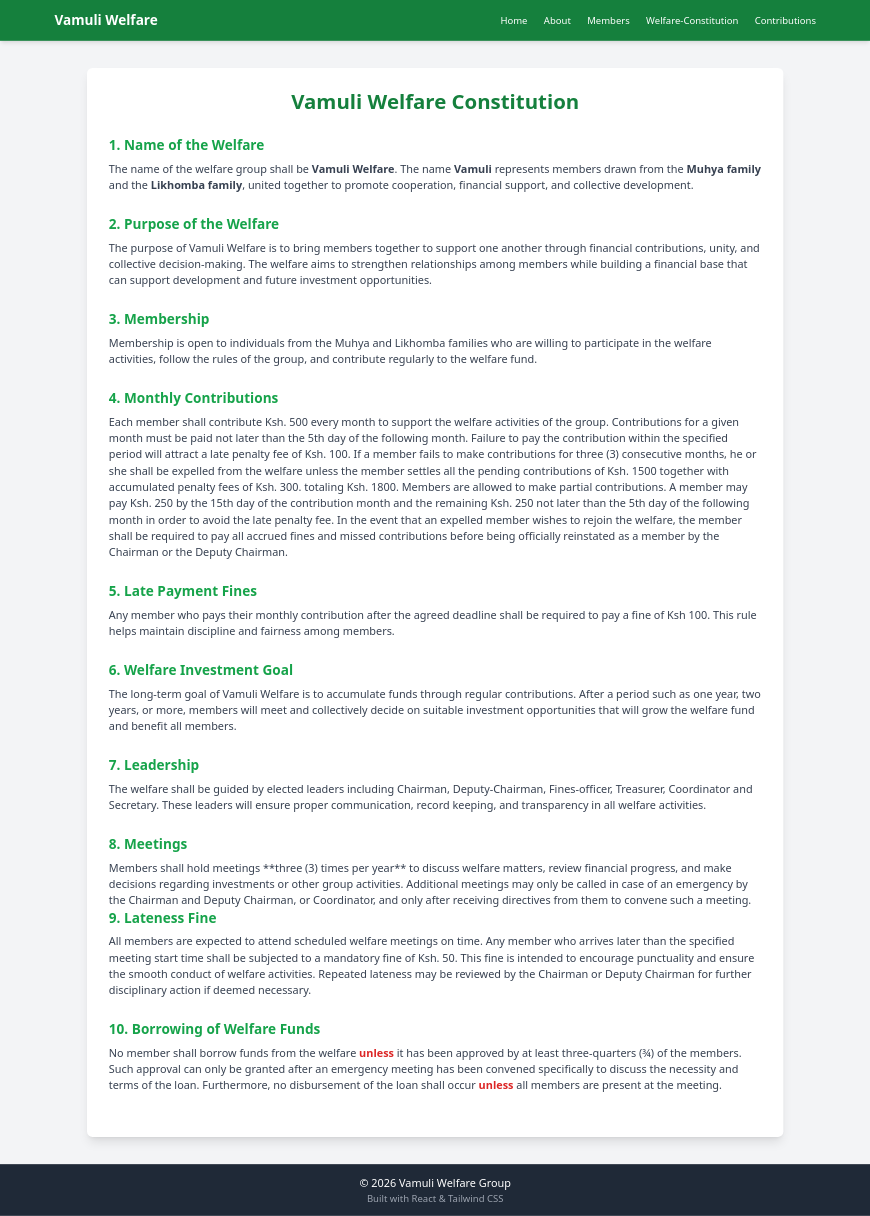
Repository: Engineer-collo/Vamuli-welfare
Page: /constitution
These files come from the project's save history. The page is drawn as it stood at one moment and after a run of saves; the edit follows.
The browser window is 1280 px wide. The pictures show the whole page, at 68% of full size.
The project was rebuilt for these pictures with package versions that can differ from the ones it lists, and the page was loaded fresh each time. Also part of the build but not shown: vite.config.js, src/pages/contributionsData.js, src/pages/Home.jsx, src/pages/Members.jsx, src/pages/ContributionsTable.jsx, src/pages/About.jsx.

Above is the page before, as saved 2026-03-16 16:03:47.

After the next 2 saves:
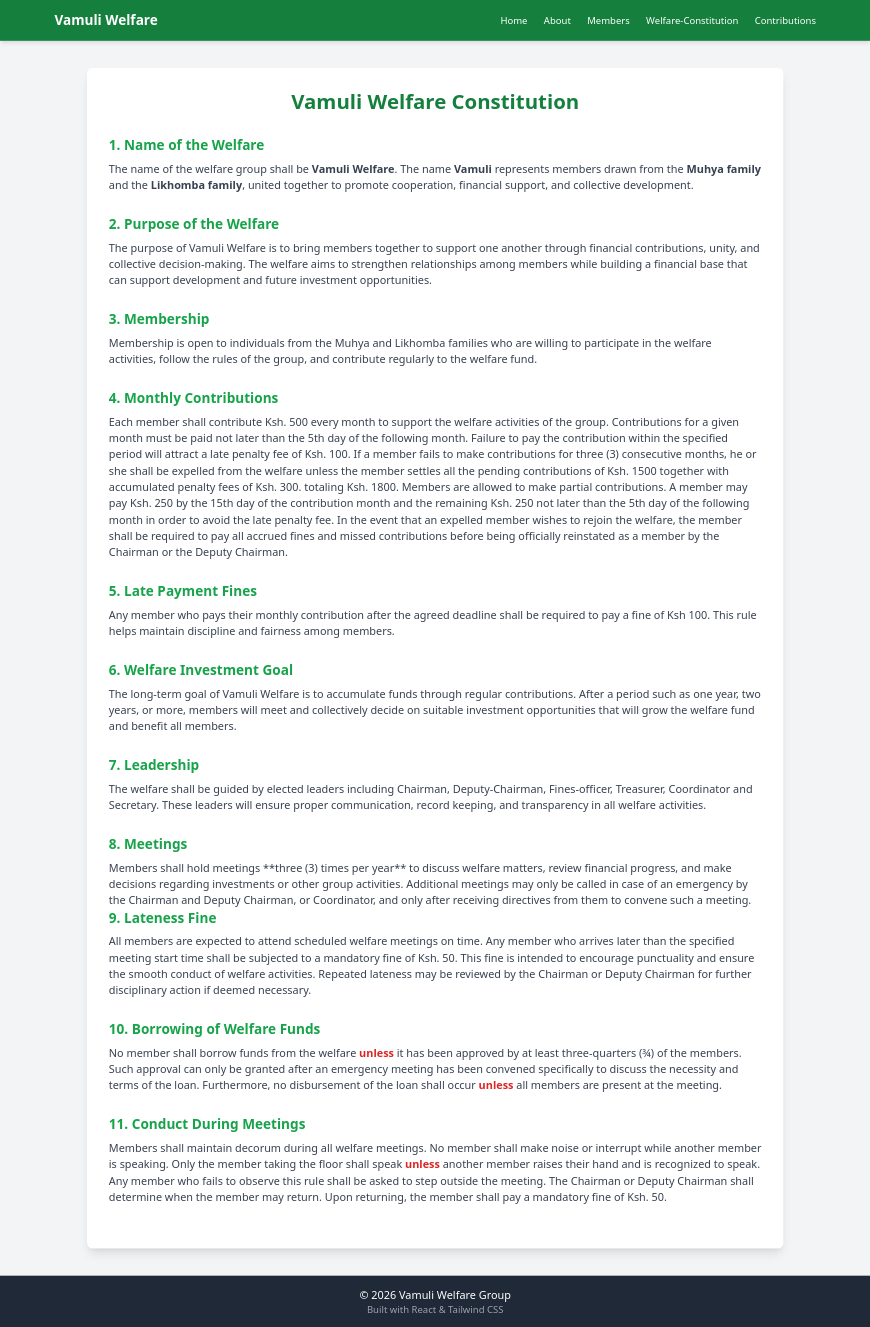
The 2 saves are shown as one change because they came seconds apart.
The last was saved 9 min 45 s later.
--- a/src/pages/WelfareConstituion.jsx
+++ b/src/pages/WelfareConstituion.jsx
@@ -186,6 +186,24 @@ function Constitution() {
     are present at the meeting.
   </p>
 </section>
+
+<section className="mb-8">
+  <h2 className="text-xl font-semibold text-green-600 mb-2">
+    11. Conduct During Meetings
+  </h2>
+
+  <p className="text-gray-700">
+    Members shall maintain decorum during all welfare meetings. No member
+    shall make noise or interrupt while another member is speaking. Only the
+    member taking the floor shall speak <span className="font-semibold text-red-600">unless</span> another member raises their hand and is
+    recognized to speak.
+
+    Any member who fails to observe this rule shall be asked to step outside
+    the meeting. The Chairman or Deputy Chairman shall determine when the
+    member may return. Upon returning, the member shall pay a mandatory fine
+    of Ksh. 50.
+  </p>
+</section>
     </div>
   );
 }
